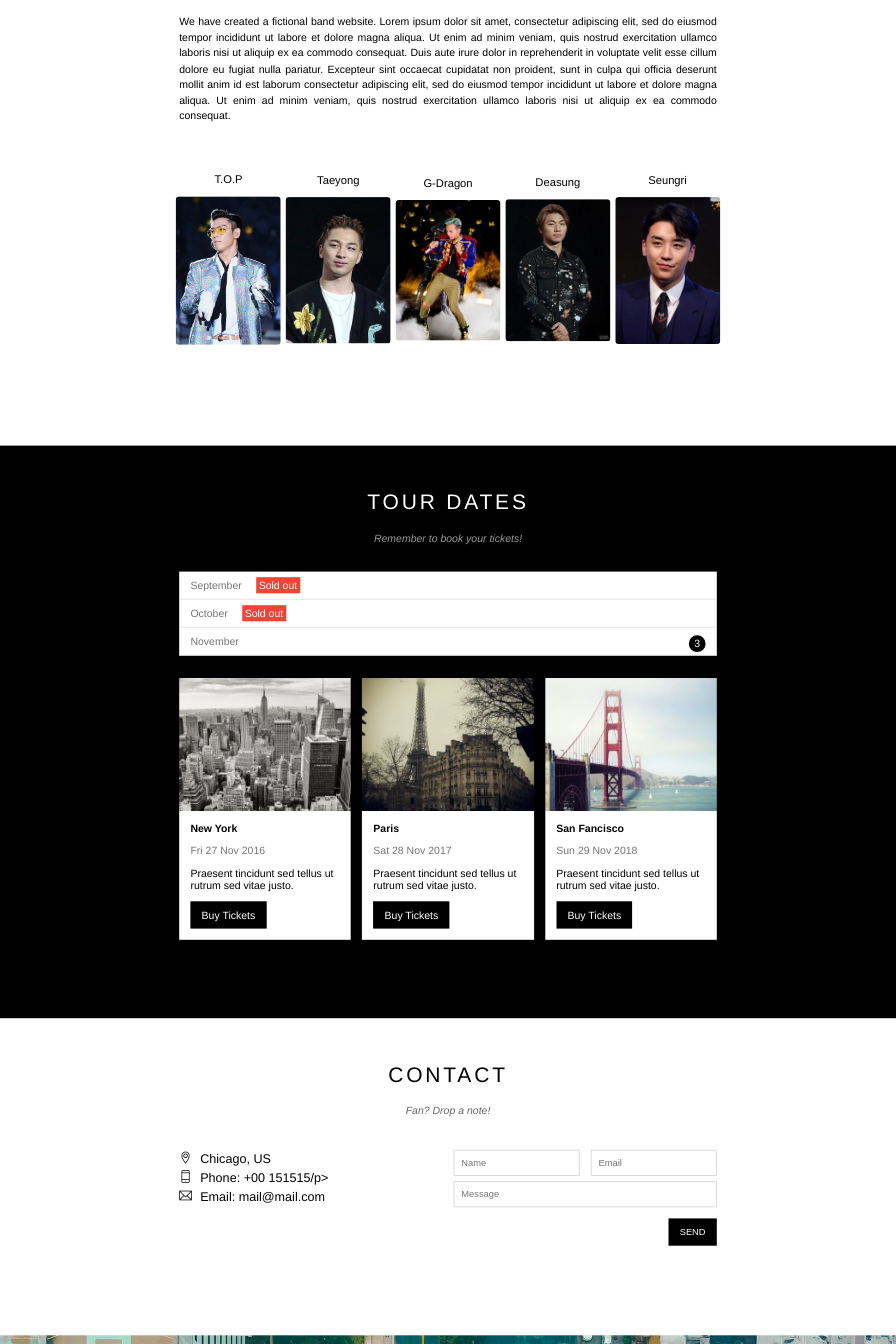
Repository: ThinhTran2k/BigBang-Band-Website
Page: index.html
The author's editor kept a copy of each file at every save. The page is drawn from the files as they stood at one save, then again after the next save.
The browser window is 1280 px wide. The pictures show the part of the page from y = 831 to 2751 px (the page is 3651 px tall before and 3572 px after), at 70% of full size.

Above is the page before, as saved 2021-03-16 17:06:09.
Console error: TypeError: Cannot set properties of undefined (setting 'onclick')

### index.html
<!DOCTYPE html>
<html lang="en">
<head>
    <meta charset="UTF-8">
    <meta http-equiv="X-UA-Compatible" content="IE=edge">
    <meta name="viewport" content="width=device-width, initial-scale=1.0">
    <title>Brand</title>
    <link rel="icon" href="asset/img/favicon.png" type="image/x-icon" />
    <link rel="stylesheet" href="./asset/css/style.css">
    <link rel="stylesheet" href="./asset/css/responsive.css">
    <link rel="stylesheet" href="./asset/font/themify-icons/themify-icons.css">
</head>
<body>
    <div class="wrapper">
        <div class="header">
            <!-- Navigation -->
            <ul class="nav">
                <li><a href="#">Home</a></li>
                <li><a href="#band">Band</a></li>
                <li><a href="#tour">Tour</a></li>
                <li><a href="#contact">Contact</a></li>
                <li>
                    <a href="#">
                        More
                        <i class="nav-arrow-icon ti-angle-down"></i>
                    </a>
                    <ul class="subnav">
                        <li><a href="#">Merchandise</a></li>
                        <li><a href="#">Extras</a></li>
                        <li><a href="#">Media</a></li>
                    </ul>
                </li>
            </ul>

            <!-- Search -->
            <div class="header__search">
                <i class="header__search-icon ti-search"> </i>
            </div>

            <div class="mobi-menu-responsive">
                <i class="menu-icon ti-menu"></i>
            </div>
        </div>

        <div class="slider">
            <div class="text-content">
                <h2 class="text-heading">New York</h2>
                <div class="text-description">The atmosphere in New York is lorem ipsum.</div>
            </div>
        </div>

        <div class="content" >
            <div class="content-section" id="band">
                <h2 class="section-heading">THE BAND</h2>
                <p class="section-subheading">We love music</p>
                <p class="about">We have created a fictional band website. Lorem ipsum dolor sit amet, consectetur adipiscing elit, sed do eiusmod tempor
                incididunt ut labore et dolore magna aliqua. Ut enim ad minim veniam, quis nostrud exercitation ullamco laboris nisi ut
                aliquip ex ea commodo consequat. Duis aute irure dolor in reprehenderit in voluptate velit esse cillum dolore eu fugiat
                nulla pariatur. Excepteur sint occaecat cupidatat non proident, sunt in culpa qui officia deserunt mollit anim id est
                laborum consectetur adipiscing elit, sed do eiusmod tempor incididunt ut labore et dolore magna aliqua. Ut enim ad minim
                veniam, quis nostrud exercitation ullamco laboris nisi ut aliquip ex ea commodo consequat.
                </p>

                <div class="row member-list member-list-resp">
                    <div class="member-item member-item-resp">
                        <p class="member-name">T.O.P</p>
                        <img src="./asset/img/T.O.P.jpg" alt="name" class="member-img">
                    </div>
                    <div class="member-item member-item-resp">
                        <p class="member-name">Taeyong</p>
                        <img src="./asset/img/Taeyong.jpg" alt="name" class="member-img">
                    </div>
                    <div class="member-item member-item-resp">
                        <p class="member-name">G-Dragon</p>
                        <img src="./asset/img/G-dragon.jpg" alt="name" class="member-img">
                    </div>
                    <div class="member-item member-item-resp">
                        <p class="member-name">Deasung</p>
                        <img src="./asset/img/Deasung.jpg" alt="name" class="member-img">
                    </div>
                    <div class="member-item member-item-resp">
                        <p class="member-name">Seungri</p>
                        <img src="./asset/img/Seung-hyun.png" alt="name" class="member-img">
                    </div>
                </div>
            </div>
            <div class="content-section--black" id="tour">
                <div class="content-section">
                    <h2 class="section-heading text-white">TOUR DATES</h2>
                    <p class="section-subheading text-white">Remember to book your tickets!</p>
                    <!-- Tickets -->
                    <ul class="tickets-list">
                        <li>September <span class="sold-out">Sold out</span></li>
                        <li>October <span class="sold-out">Sold out</span></li>
                        <li>November <span class="quantity">3</span></li>
                    </ul>
                    <!-- Places -->
                    <div class="row place-list">
                        <div class="col col-third">
                            <img src="./asset/img/newyork.jpg" alt="place" class="place-img">
                            <div class="place-content">
                                <h3 class="place-heading">New York</h3>
                                <p class="place-time">Fri 27 Nov 2016</p>
                                <p class="place-desc">Praesent tincidunt sed tellus ut rutrum sed vitae justo.</p>
                                <a href="#" class="place-buy-btn">Buy Tickets</a>
                            </div>
                        </div>
                        <div class="col col-third">
                            <img src="./asset/img/paris.jpg" alt="place" class="place-img">
                            <div class="place-content">
                                <h3 class="place-heading">Paris</h3>
                                <p class="place-time">Sat 28 Nov 2017</p>
                                <p class="place-desc">Praesent tincidunt sed tellus ut rutrum sed vitae justo.</p>
                                <a href="#" class="place-buy-btn">Buy Tickets</a>
                            </div>
                        </div>
                        <div class="col col-third">
                            <img src="./asset/img/sanfran.jpg" alt="place" class="place-img">
                            <div class="place-content">
                                <h3 class="place-heading">San Fancisco</h3>
                                <p class="place-time">Sun 29 Nov 2018</p>
                                <p class="place-desc">Praesent tincidunt sed tellus ut rutrum sed vitae justo.</p>
                                <a href="#" class="place-buy-btn">Buy Tickets</a>
                            </div>
                        </div>
                    </div>
                </div>
            </div>
            <div class="content-section" id="contact">
                <h2 class="section-heading">CONTACT</h2>
                <p class="section-subheading">Fan? Drop a note!</p>

                <div class="row contact-content">
                    <div class="col col-half contact-infor">
                        <p><i class="ti-location-pin"></i>Chicago, US</p>
                        <p><i class="ti-mobile"></i>Phone: +00 151515/p>
                        <p><i class="ti-email"></i>Email: mail@mail.com</p>
                    </div>
                    <div class="col col-half contact-form">
                        <form action="">
                            <div class="row ">
                                <div class="col col-half">
                                    <input type="text" name="" id="" class="form-control" required placeholder="Name">
                                </div>
                                <div class="col col-half">
                                    <input type="email" name="" id="" class="form-control" required placeholder="Email">
                                </div>
                            </div>
                            <div class="row mt-8">
                                <div class="col col-full">
                                    <input type="text" name="" id="" class="form-control" required placeholder="Message">
                                </div>
                            </div>
                            <input type="submit" value="SEND" class="form-btn">
                        </form>
                    </div>
                </div>
            </div>

            <div class="map-section" >
                <img src="./asset/img/map.jpg" alt="map">
            </div>
        </div>

        <div class="footer">
            <div class="social-list">
                <a href=""><i class="ti-facebook"></i></a>
                <a href=""><i class="ti-instagram"></i></a>
                <a href=""><i class="ti-pinterest"></i></a>
                <a href=""><i class="ti-linkedin"></i></a>
                <a href=""><i class="ti-twitter-alter"></i></a>
                <a href=""><i class="ti-dropbox-alt"></i></a>
            </div>
            <p class="copyright">Powered by <a href="#">w3.css</a></p>
        </div>
    </div>

    <script>
        // Tự động thay đổi kích thước khi chọn btn menu
        var headerE = document.querySelector('.header');
        var headerHeight = headerE.clientHeight;
        var menuE = document.querySelector('.mobi-menu-responsive');
        menuE.onclick = function () {
            var status = headerE.clientHeight == headerHeight;
            if(status){
                headerE.style.height = 'auto'
            }else{
                headerE.style.height = null;
            }
        }
        // Tự động đóng khi chọn menu
        var menuItems = document.querySelectorAll('ul li a[href*="#"]');
        for(var i = 0; i<= menuItems.length; i++){
            var menuItem = menuItems[i];

            menuItem.onclick = function (e) {
                var isParentMenu = this.nextElementSibling && this.nextElementSibling.classList.contains('subnav');
                if(isParentMenu){
                    e.preventDefault();
                }else{
                    headerE.style.height = null;
                }
            }
        }


    </script>
</body>
</html>

### asset/css/style.css
/* Reset CSS */
*{
    padding: 0;
    margin: 0;
    box-sizing: border-box;
}

html {
    scroll-behavior: smooth;
    font-family: Helvetica, Arial , sans-serif;
}

/* Common css */
.text-white {
    color: #fff !important;
}
.row {
    display: flex;
    justify-content: space-between;
    margin-left: -8px;
    margin-right: -8px;
}
.col {
    padding: 0 8px;
}
.col-third {
    width: 33.33%;
}
.col-half {
    width: 50%;
}
.col-full {
    width: 100%;
}
/* end */

/* Main */
.wrapper {

}

.header {
    position: fixed;
    top: 0;
    left: 0;
    right: 0;
    z-index: 1;
    height: 46px;
    background-color: #000;
}

.nav {
    display: inline-block;
}
.nav .subnav {
    display: none;
    position: absolute;
    top: 100%;
    left: 0;
    min-width: 160px;
    background-color: #fff;
    box-shadow: 0 0 10px rgba(0, 0, 0, 0.3);
}
.nav, .subnav {
    list-style: none;
}
.nav .subnav li:hover, .nav > li:hover > a {
    color: #000;
    background-color: #ccc;
}
.nav .subnav a {
    line-height: 38px;
    padding: 0 16px;
    color: #000;
}

.nav li:hover .subnav {
    display: block;
}
.nav > li {
    display: inline-block;
}
.nav > li > a {
    text-transform: uppercase;
    color: #fff;
}
.nav li{
    position: relative;
}
.nav li a {
    display: block;
    cursor: pointer;
    padding: 0 24px;
    line-height: 46px;
    text-decoration: none;
}
.nav-arrow-icon {
    font-size: 14px;
}

.mobi-menu-responsive {
    position: absolute;
    top: 0;
    right: 0;
}
.header .header__search,
.header .mobi-menu-responsive {
    display: none;
    float: right;
    padding: 0 21px;
    line-height: 46px;
}
.header .header__search:hover {
    cursor: pointer;
    background-color: #f44336;
}
.header .mobi-menu-responsive:hover {
    background-color: #ccc;
}
.header .menu-icon:hover {
    color: #000;
}
.header .menu-icon,
.header__search-icon {
    color: #fff;
    font-size: 20px;
}

.slider {
    position: relative;
    margin-top: 46px;
    padding-top: 50%;
    background-image: url('/asset/img/slider2.jpg');
    background-size: cover;
    background-repeat: no-repeat;
    background-position: top center;
}
.text-content {
    position: absolute;
    color: #fff;
    bottom: 48px;
    left: 50%;
    transform: translateX(-50%);
    text-align: center;
}
.text-heading {
    font-weight: 500;
}
.text-description {
    padding-top: 15px;
}


.content {

}
.content-section {
    width: 800px;
    max-width: 100%;
    margin: 0 auto;
    padding: 64px 16px 112px;
}
.section-heading {
    font-weight: 500;
    font-size: 30px;
    text-align: center;
    letter-spacing: 4px;
}
.section-subheading {
    font-size: 15px;
    text-align: center;
    margin-top: 25px;
    font-style: italic;
    opacity: 0.6;
}
.about {
    margin-top: 25px;
    font-size: 15px;
    text-align: justify;
    line-height: 1.5;
}
.member-list {
    margin-top: 38px;
    padding: 32px 0;
}
.member-item {
    display: flex;
    flex-direction: column;
    align-items: center;
    justify-content: center;
    width: 20%;
}
.member-item .member-name {
    margin-bottom: 15px;
}
.member-item .member-img {
    border-radius: 5px;
    width: 150px;
    object-fit: contain;
}
.content-section--black {
    background-color: #000;
}
.tickets-list {
    list-style: none;
    margin-top: 40px;
    background-color: #fff;
}
.tickets-list li {
    color: #757575;
    font-size: 15px;
    padding: 11px 16px;
    border-bottom: 1px solid #ddd;
}
.sold-out {
    background-color: #f44336;
    padding: 3px 4px;
    color: #fff;
    margin-left: 16px;
}
.quantity {
    float: right;
    width: 24px;
    height: 24px;
    line-height: 24px;
    text-align: center;
    border-radius: 50%;
    background-color: #000;
    color: #fff;
}
.place-list {
    /* kĩ thuật căn lề trái vs lề phải */
    margin-top: 32px;
}
.place-img {
    display: block;
    width: 100%;
    height: 190px;
}
.place-img:hover { opacity: 0.6;}
.place-content {
    font-size: 15px;
    padding: 16px;
    background-color: #fff;
}
.place-heading {
    font-size: 15px;
    font-weight: 600;
}
.place-time {
    color: #757575;
    margin-top: 15px;
}
.place-desc {
    margin-top: 15px;
}
.place-buy-btn {
    display: inline-block;
    color: #fff;
    background-color: #000;
    padding: 11px 16px;
    margin-top: 15px;
    text-decoration: none;
}
.place-buy-btn:hover {color: #000; background-color: #ccc;}
/* Contact Form */
.contact-content {
    margin-top: 48px;
}
.contact-infor {
    font-size: 18px;
    line-height: 1.5;
}
.contact-infor i[class*="ti-"] { width: 30px; display: inline-block;}
.contact-form {
    font-size: 15px;
}
.form-control {
    padding: 10px;
    border: 1px solid #ccc;
    width: 100%;
}
.mt-8 {
    margin-top: 8px;
}
.form-btn {
    display: block;
    margin-left: auto;
    margin-top: 16px;
    margin-bottom: 16px;
    padding: 12px 16px;
    text-align: right;
    border:none;
    color: #fff;
    background-color: #000;
}
.form-btn:hover { background-color: #ccc; cursor: pointer;color: #000;}
/* Map */
.map-section img {
    width: 100%;
}

.footer {
    padding: 64px 16px;
    text-align: center;
}
.footer .social-list {
    font-size: 24px;
}
.footer .social-list a {text-decoration: none; color: rgba(0, 0, 0, 0.6);}
.footer .social-list a:hover ,.footer .copyright a:hover { color: rgba(0, 0, 0, 0.4);}
.footer .copyright {
    margin-top: 15px;
    font-size: 15px;
    color: rgba(0, 0, 0, 0.6);
}
.footer .copyright a {
    color: rgba(0, 0, 0, 0.6);
}

### asset/css/responsive.css
/* Mobile */
@media (max-width: 740px) {
    .header .header__search {
        display: none;
    }
    .header .mobi-menu-responsive {
        display: block;
    }
    .header {
        overflow: hidden;
    }
    .nav > li {
        display: block;
    }
    .nav .subnav {
        position: initial;
        background-color: #333;
    }
    .nav .subnav a {
        color: #fff;
        padding: 5px 40px;
    }
    .nav {
        display: block;
    }
    .nav > li:first-child {
        display: inline-block;
    }
    .member-list-resp {
        display: block;
        margin-top: 0;
    }
    .member-item-resp {
        padding-top: 30px;
        width: 100%;
    }
}

Loaded but not shown: asset/font/themify-icons/themify-icons.css (common file)

After the next save:
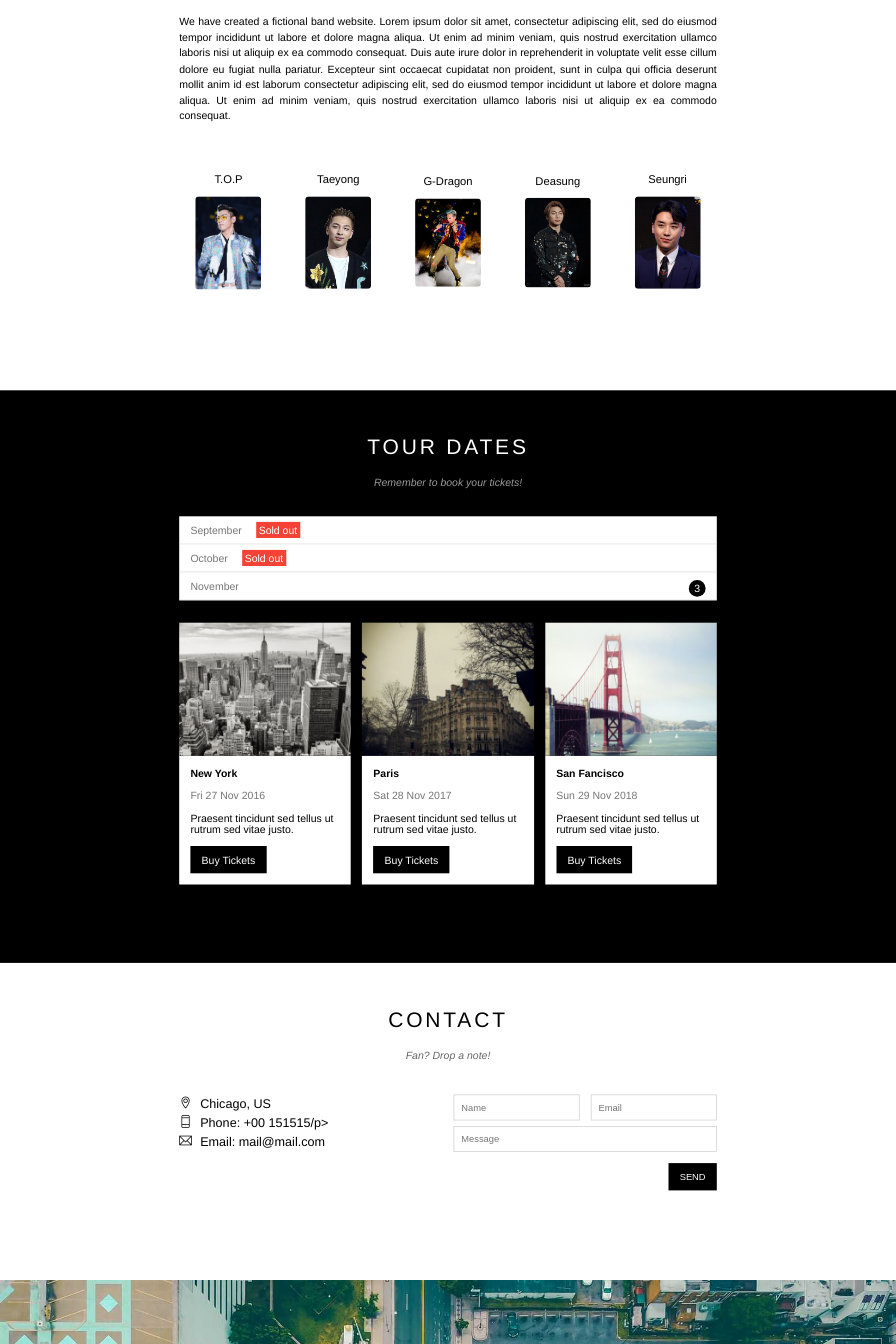
Saved 3 min 8 s later.
--- a/asset/css/style.css
+++ b/asset/css/style.css
@@ -195,7 +195,7 @@
 }
 .member-item .member-img {
     border-radius: 5px;
-    width: 150px;
+    width: 60%;
     object-fit: contain;
 }
 .content-section--black {

After the save that followed:
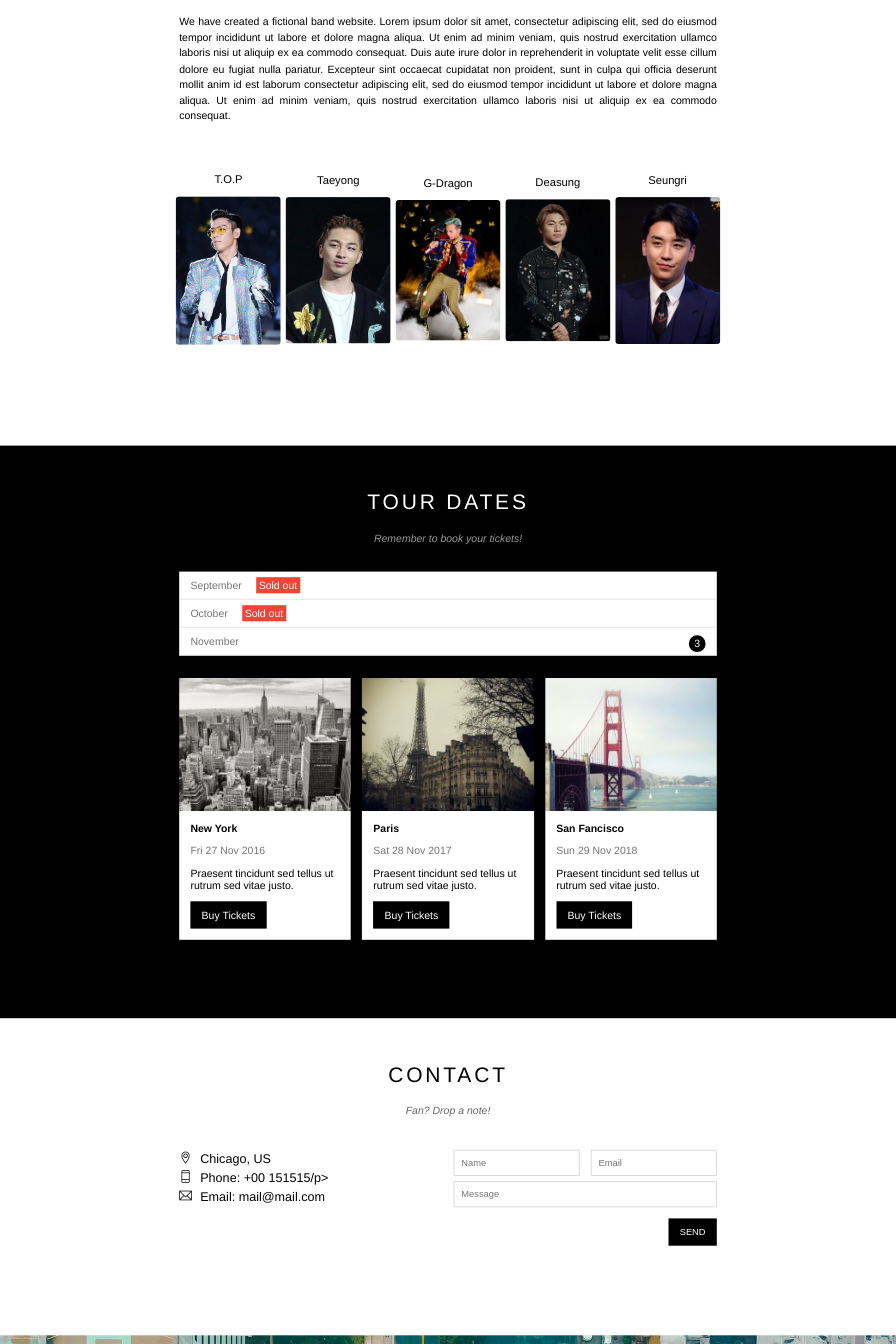
Saved 2 min 31 s later.
--- a/asset/css/style.css
+++ b/asset/css/style.css
@@ -195,7 +195,7 @@
 }
 .member-item .member-img {
     border-radius: 5px;
-    width: 60%;
+    width: 150px;
     object-fit: contain;
 }
 .content-section--black {
